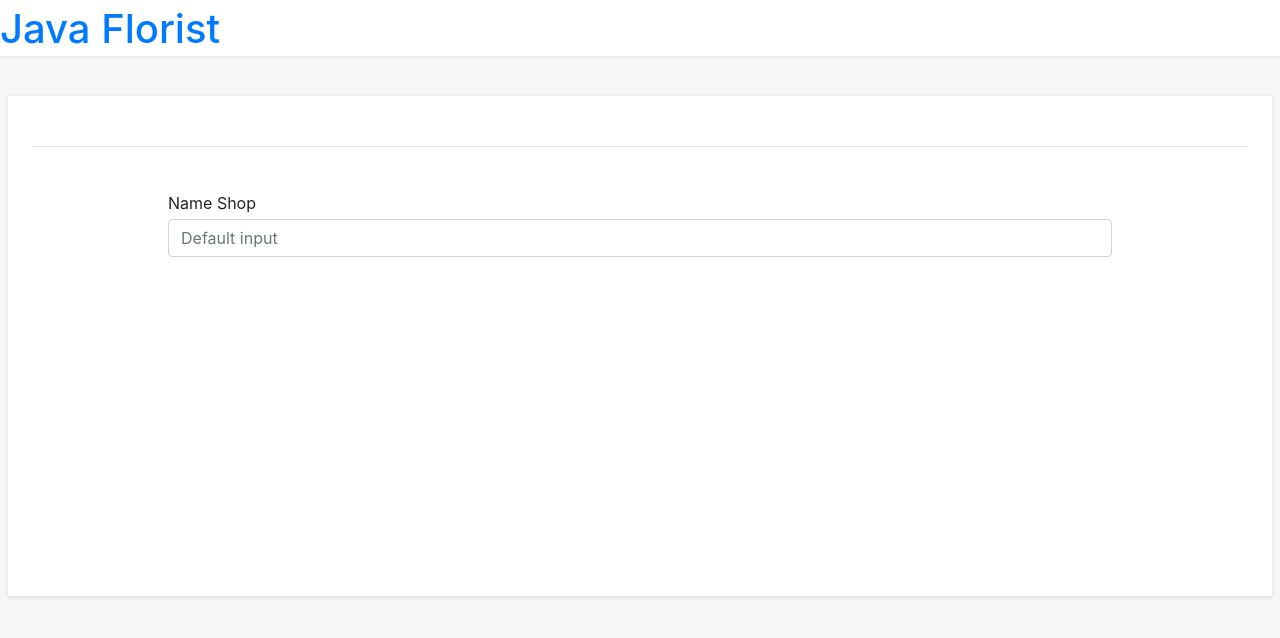
Repository: hienttm/flower-java-florist
Page: JavaFlorist/JavaFlorist/wwwroot/BecomePartner/index.html
An editor plug-in stored every save of this project. The page is shown before and after the next save, followed by the edit.
The browser window is 1280 px wide. The pictures show the whole page.
Some web libraries are served in a nearby version.

Above is the page before, as saved 2023-12-29 17:46:56.

### JavaFlorist/JavaFlorist/wwwroot/BecomePartner/index.html
<!DOCTYPE html>
<html lang="en">
<head>
    <meta charset="UTF-8">
    <meta name="viewport" content="width=device-width, initial-scale=1.0">
    <title>Document</title>
        <!-- Google Web Fonts -->
        <link rel="preconnect" href="https://fonts.googleapis.com">
        <link rel="preconnect" href="https://fonts.gstatic.com" crossorigin>
        <link href="https://fonts.googleapis.com/css2?family=Open+Sans:wght@400;600&family=Raleway:wght@600;800&display=swap" rel="stylesheet">

        <!-- Icon Font Stylesheet -->
        <link rel="stylesheet" href="https://use.fontawesome.com/releases/v5.15.4/css/all.css" />
        <link href="https://cdn.jsdelivr.net/npm/bootstrap-icons@1.4.1/font/bootstrap-icons.css" rel="stylesheet">

            <!-- Customized Bootstrap Stylesheet -->
            <link rel="stylesheet" href="https://cdn.jsdelivr.net/npm/bootstrap@4.0.0/dist/css/bootstrap.min.css" integrity="sha384-Gn5384xqQ1aoWXA+058RXPxPg6fy4IWvTNh0E263XmFcJlSAwiGgFAW/dAiS6JXm" crossorigin="anonymous">
        <link rel="stylesheet" href="style/Partner.css">
</head>
<body>
    <!-- Spinner Start -->
    <div class="onboarding-page">
        <div class="header">
            <a asp-action="Index" asp-controller="Home" class="navbar-brand"><h1 class="text-primary display-6"> Java Florist</h1></a>
        </div>
        <div class="onboarding">
            <div class="onboarding-layout__main">
                <div class="onboarding-layout__content onboarding-layout__card">
                    <div class="flow-step-content">
                        <div class="steps-header"></div>
                        <div class="form-input">
                            <form action="">
                                <div class="onboarding-form-item">
                                    <label for="">Name Shop</label>
                                    <input class="form-control" type="text" placeholder="Default input">
                                </div>
                            </form>
                        </div>
                    </div>

                </div>
            </div>
        </div>
    </div>


        <!-- JavaScript Libraries -->
        <script src="https://ajax.googleapis.com/ajax/libs/jquery/3.6.4/jquery.min.js"></script>
        <script src="https://cdn.jsdelivr.net/npm/bootstrap@5.0.0/dist/js/bootstrap.bundle.min.js"></script>
</body>
</html>

### JavaFlorist/JavaFlorist/wwwroot/BecomePartner/style/Partner.css
*,
*:before,
*:after {
  box-sizing: border-box;
}
* {
  margin: 0;
  padding: 0;
  font: inherit;
}
img,
picture,
svg,
video {
  display: block;
  max-width: 100%;
}
input,
select,
textarea {
  background-color: transparent;
  outline: none;
}
button {
  cursor: pointer;
  background-color: transparent;
  outline: none;
  border: 0;
}
body {
  min-height: 100vh;
  font-weight: 400;
  font-size: 16px;
  line-height: 1;
}

.onboarding-page{
    padding-top: 56px;
    min-width: 1264px;
    margin: 0 auto;
}
.header{
    position: fixed;
    top: 0;
    left: 0;
    width: 100%;
    height: 56px;
    box-shadow: 0 1px 4px 0 rgba(0,0,0,.07);
    background-color: #fff;
    z-index: 100001;
}

.navbar-brand{
    color: #CDB4DB !important;
}
.onboarding {
    min-height: calc(100vh - 56px - 40px);
    padding-bottom: 40px;
    background-color: #f6f6f6;
    }

.onboarding-layout__main {
        padding-top: 40px;
}

.onboarding-layout__card {
    width: 1264px;
    margin: 0 auto;
    height: 500px;
    background-color: #fff;
    box-shadow: 0 1px 4px 0 rgba(0,0,0,.12);
    }

    .flow-step-content{
        padding: 50px 24px;
    }
    .steps-header{
        border-bottom: 1px solid #e5e5e5;
    }

    .form-input{
        max-width: 944px;
        margin: 48px auto 40px;
        min-height: 198px;
}

After the next save:
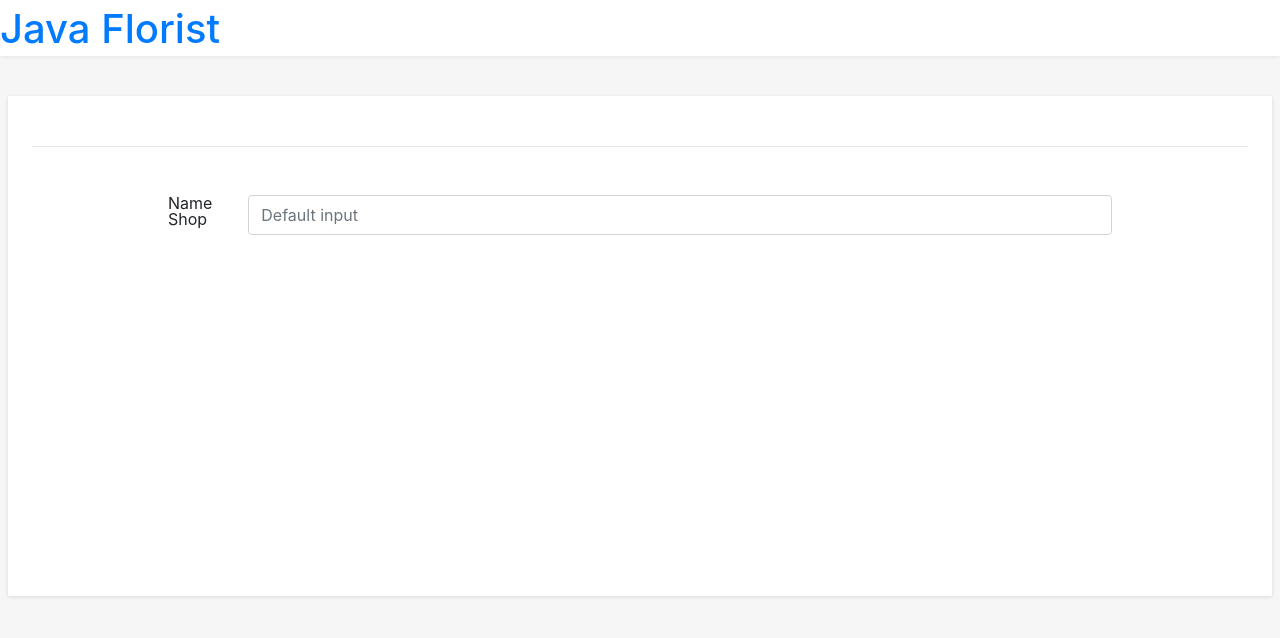
Saved 15 s later.
--- a/JavaFlorist/JavaFlorist/wwwroot/BecomePartner/index.html
+++ b/JavaFlorist/JavaFlorist/wwwroot/BecomePartner/index.html
@@ -30,7 +30,7 @@
                         <div class="steps-header"></div>
                         <div class="form-input">
                             <form action="">
-                                <div class="onboarding-form-item">
+                                <div class="onboarding-form-item d-flex">
                                     <label for="">Name Shop</label>
                                     <input class="form-control" type="text" placeholder="Default input">
                                 </div>
